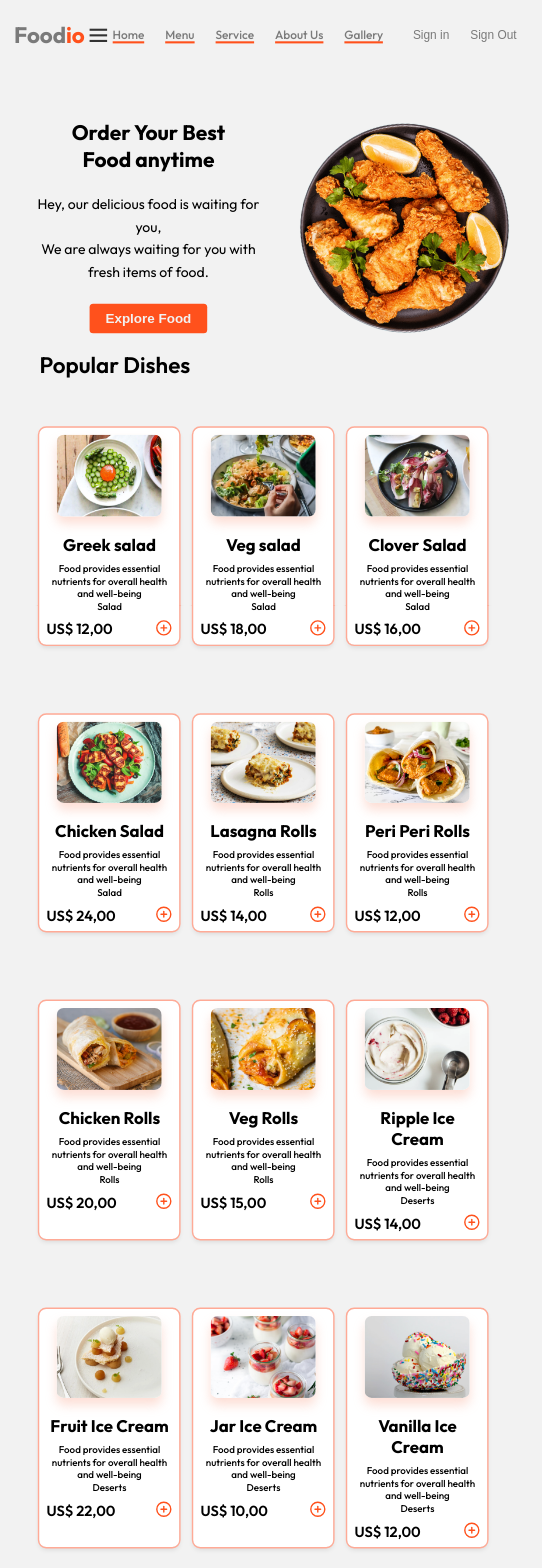
Repository: guilhermecardoso93/foodio
Page: /
An editor plug-in stored every save of this project. The page is shown before and after the next save, followed by the edit.
The browser window is 768 px wide. The page is 774 px wide, so the pictures cover 774 px, including what lies to the right of the window. The pictures show the part of the page from y = 0 to 2240 px (the page is 5217 px tall before and 5206 px after), at 70% of full size.
The project was rebuilt for these pictures with package versions that can differ from the ones it lists, and the page was loaded fresh each time. Also part of the build but not shown: vite.config.js, src/index.css.

Above is the page before, as saved 2024-11-05 20:39:16.

After the next save:
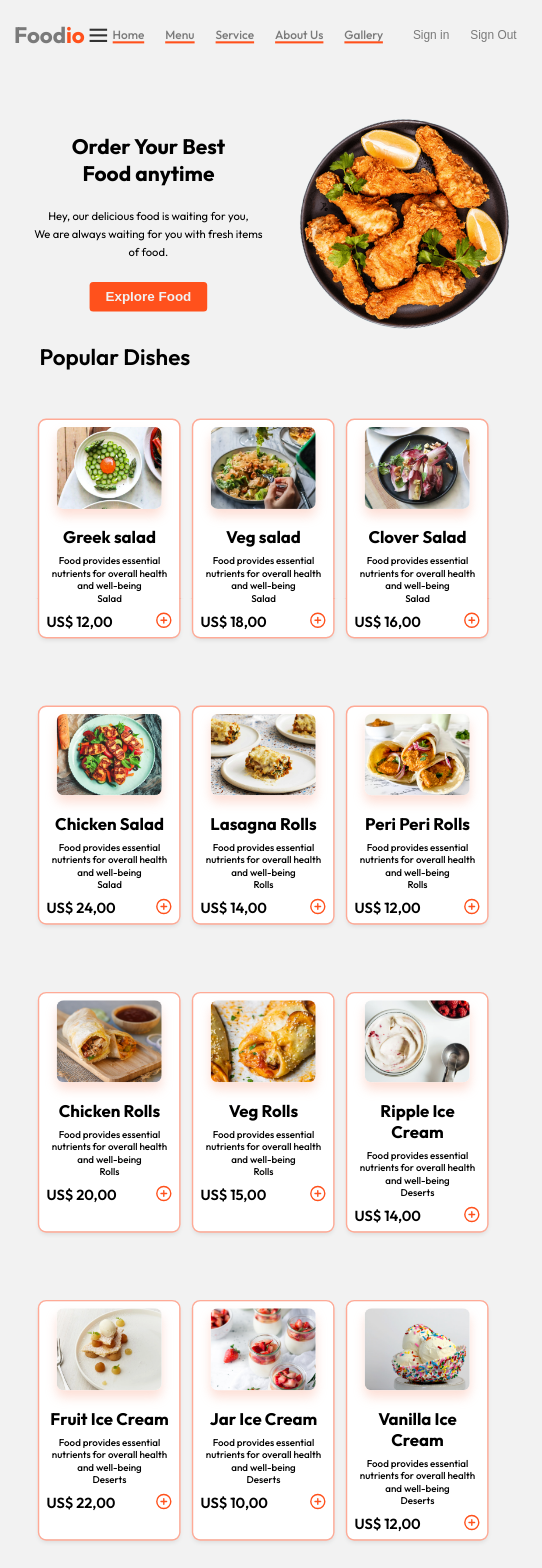
Saved 24 s later.
--- a/src/components/Menu/styles.css
+++ b/src/components/Menu/styles.css
@@ -117,4 +117,9 @@ input {
   .content .content-left h2 {
     font-size: 30px;
   }
+
+  .content .content-left p {
+    font-size: 16px;
+    line-height: 1.6;
+  }
 }
